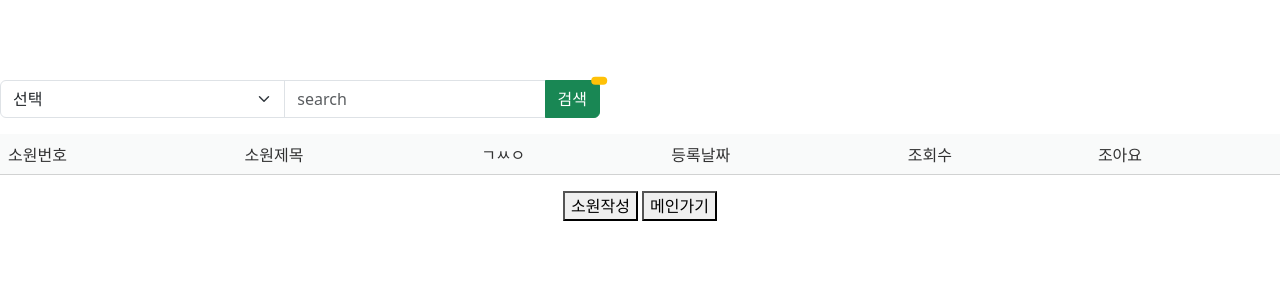
Repository: sujeong1799/JSP
Page: http://localhost/java_study/board/list.jsp
The author's editor kept a copy of each file at every save. The page is drawn from the files as they stood at one save, then again after the next save.
The browser window is 1280 px wide. The pictures show the whole page.
The page is served by Tomcat 9. The template is opened directly, without the code that normally fills it, so the values that code supplies are empty.

Above is the page before, as saved 2023-05-29 08:50:13.

After the next save:
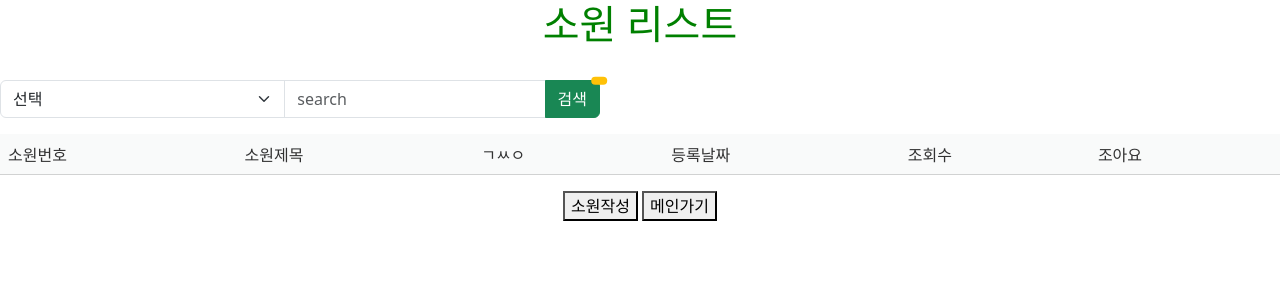
Saved 38 s later.
--- a/230529jsp_project3_file/java_study/src/main/webapp/board/list.jsp
+++ b/230529jsp_project3_file/java_study/src/main/webapp/board/list.jsp
@@ -13,7 +13,7 @@
 <title>소원리스트</title>
 </head>
 <body>
-	<h1 align="center" style="color: white;">소원 리스트</h1>
+	<h1 align="center" style="color: green;">소원 리스트</h1>
 	<br>
 	<!-- 검색라인 -->
 	<div class="col-sm-12 col-md-6">
